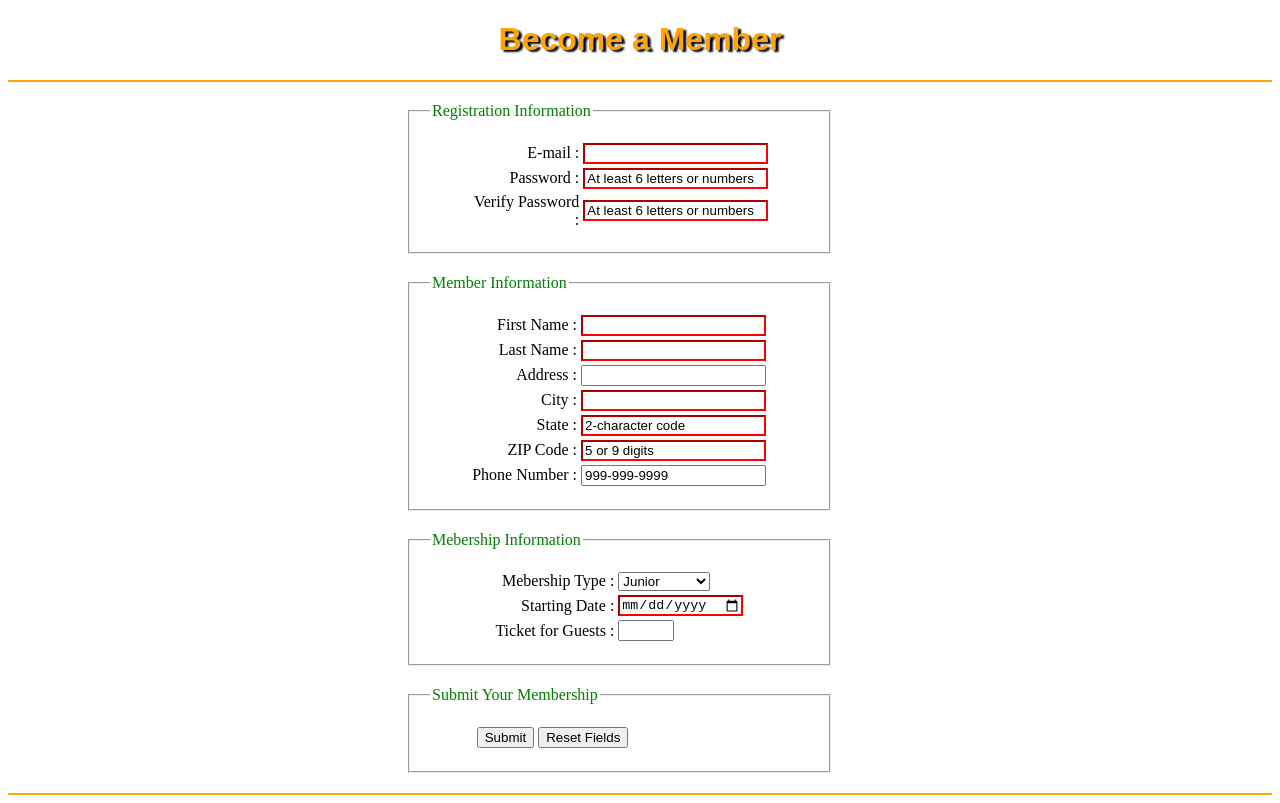
Repository: kjungyoun/Web_Study_2021
Page: 05_seoul08_homework/0302/0302.html
These files come from the project's save history. The page is drawn as it stood at one moment and after the next save; the edit follows.
The browser window is 1280 px wide. The pictures show the whole page.
Some web fonts or font styles are not loaded; a fallback is used.

Above is the page before, as saved 2021-03-02 12:49:10.

After the next save:
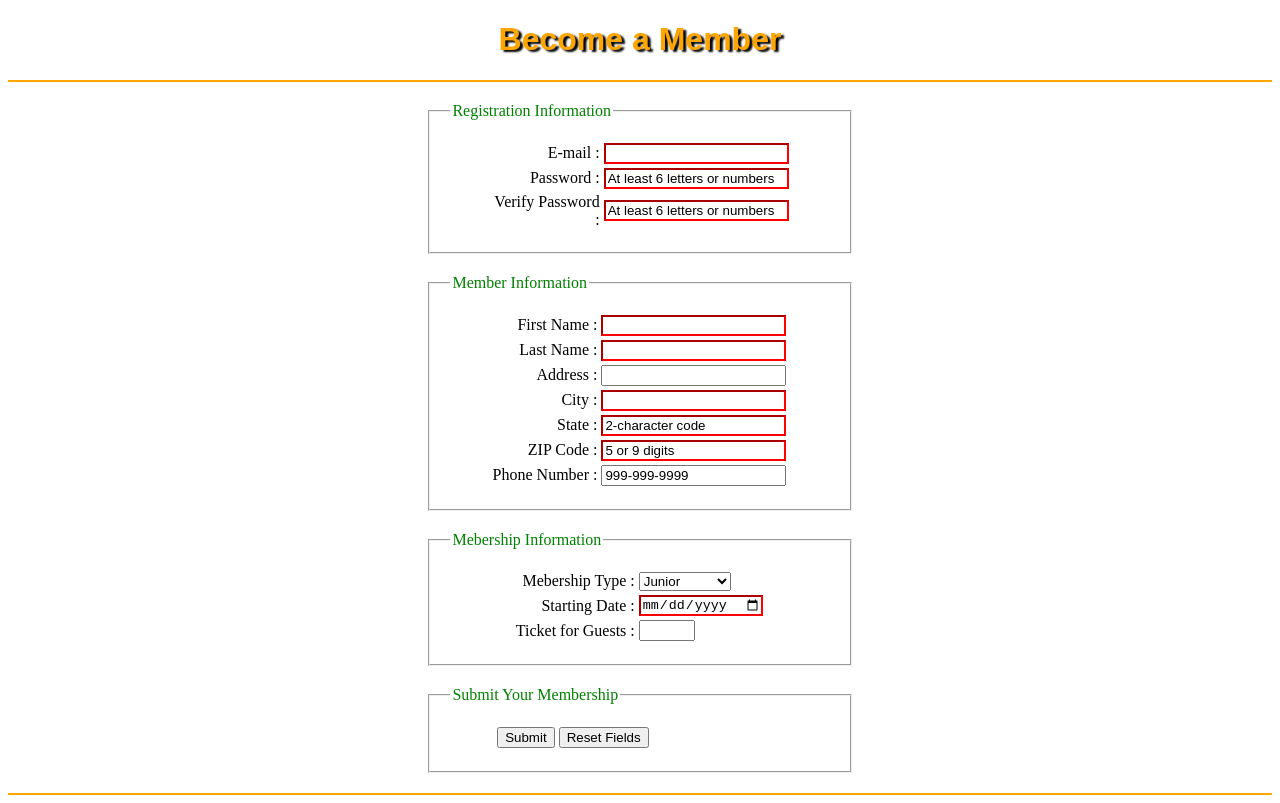
Saved 8 s later.
--- a/05_seoul08_homework/0302/0302.html
+++ b/05_seoul08_homework/0302/0302.html
@@ -8,7 +8,7 @@
 	color: green;
 	width:30%;
 	padding:20px;
-	margin: 20px 400px;
+	margin: 20px auto;
 	}
 	table {
 	color : black;
